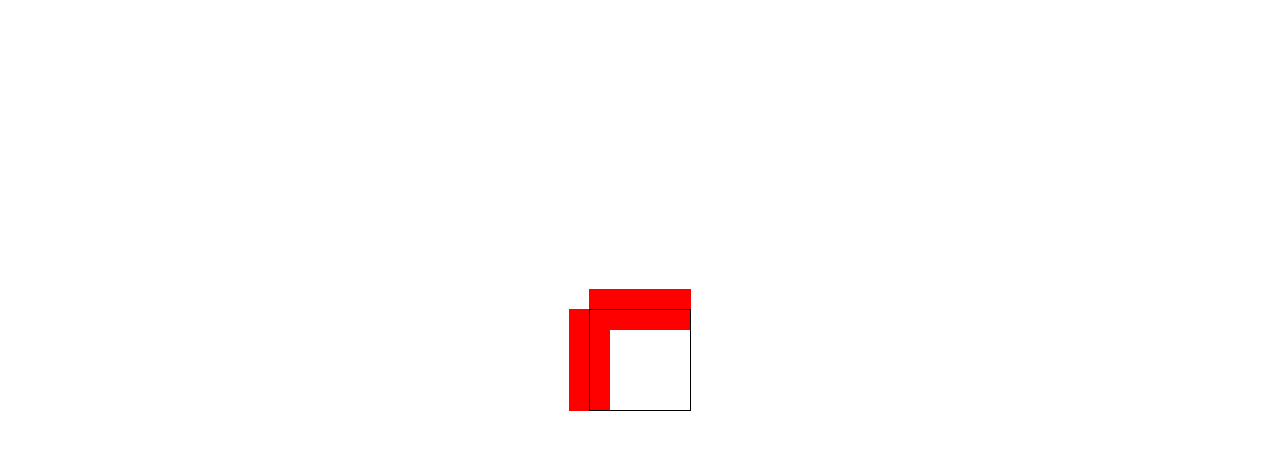
Repository: Jhin7782/HBuilder-Projects
Page: 【CSS】/高级属性/阴影/box-shadow.html
The author's editor kept a copy of each file at every save. The page is drawn from the files as they stood at one save, then again after the next save.
The browser window is 1280 px wide. The pictures show the whole page.

Above is the page before, as saved 2017-06-12 14:30:42.

After the next save:
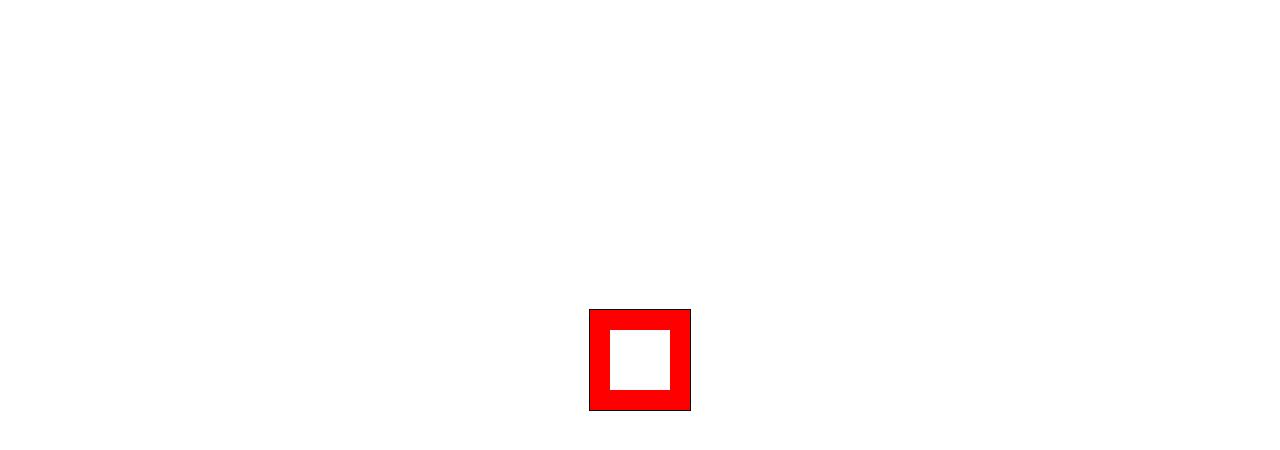
Saved 12 s later.
--- a/【CSS】/高级属性/阴影/box-shadow.html
+++ b/【CSS】/高级属性/阴影/box-shadow.html
@@ -16,7 +16,7 @@
 
 				/*→↓←↑*/
 				box-shadow: 20px 0px 0px 0px red, 0px 20px 0px 0px red, -20px 0px 0px 0px red, 0px -20px 0px 0px red;
-				box-shadow: 20px 0px 0px 0px red inset, 0px 20px 0px 0px red inset, -20px 0px 0px 0px red, 0px -20px 0px 0px red ;
+				box-shadow: 20px 0px 0px 0px red inset, 0px 20px 0px 0px red inset, -20px 0px 0px 0px red inset, 0px -20px 0px 0px red inset;
 			}
 		</style>
 	</head>
